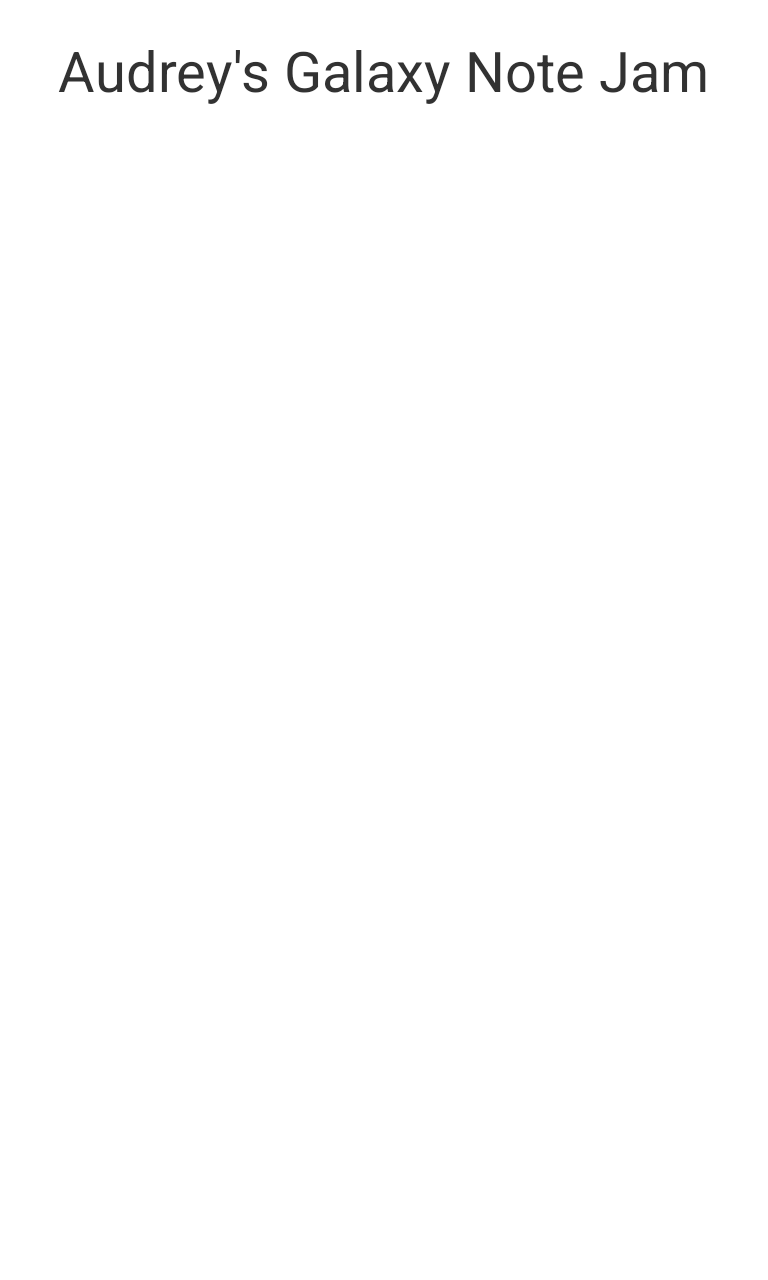
Repository: JayThomason/Tutti
Layout: tuttiUI/tuttiUI/res/layout/activity_view_jam.xml
An editor plug-in stored every save of this project. The layout is shown before and after the next save, followed by the edit.
It is drawn on a 768 x 1280 px phone screen (xhdpi) without system bars, with theme AppTheme; the app's code is not run. Lists and similar views that code fills are empty.

Above is the layout before, as saved 2014-03-09 08:12:05.

After the next save:
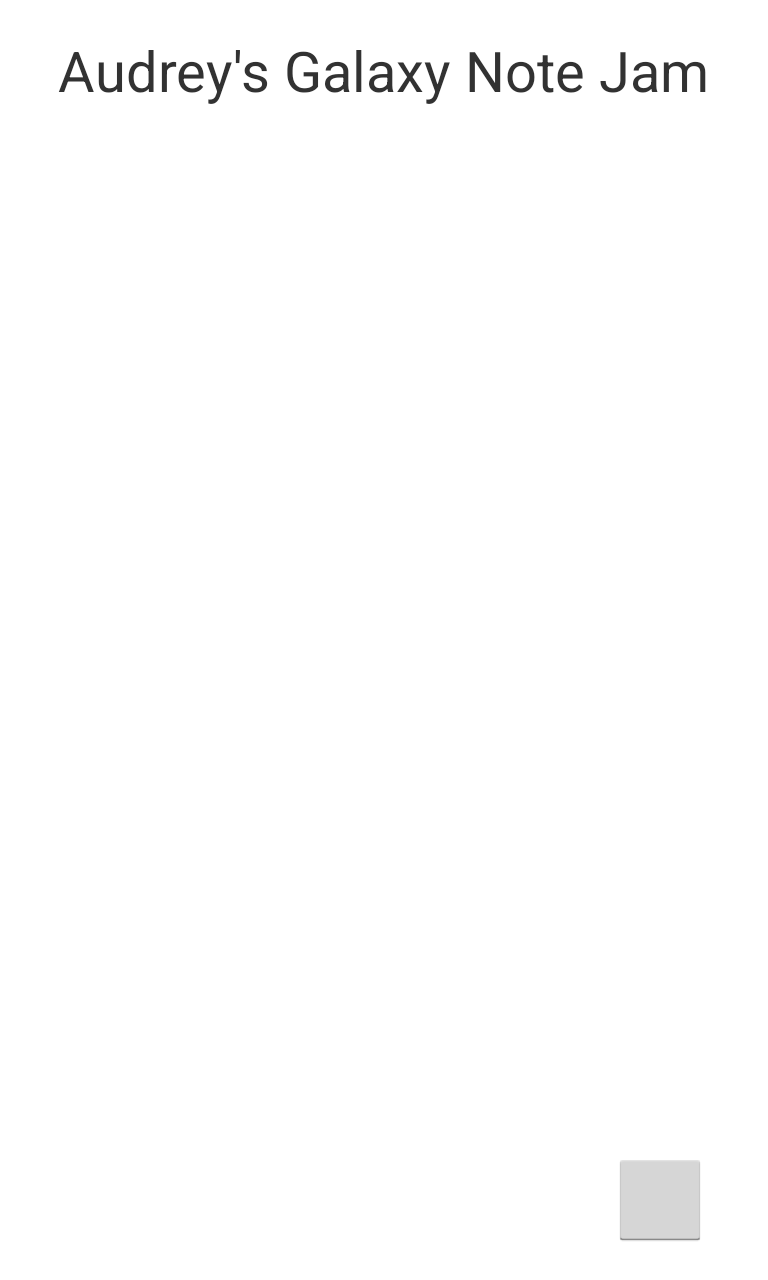
Saved 5 min 34 s later.
--- a/tuttiUI/tuttiUI/res/layout/activity_view_jam.xml
+++ b/tuttiUI/tuttiUI/res/layout/activity_view_jam.xml
@@ -25,4 +25,14 @@
 
     </ListView>
 
+    <Button
+        android:id="@+id/button1"
+        style="?android:attr/buttonStyleSmall"
+        android:layout_width="wrap_content"
+        android:layout_height="wrap_content"
+        android:layout_alignParentBottom="true"
+        android:layout_alignRight="@+id/listView3"
+        android:layout_marginRight="14dp"
+        android:text="" />
+
 </RelativeLayout>
